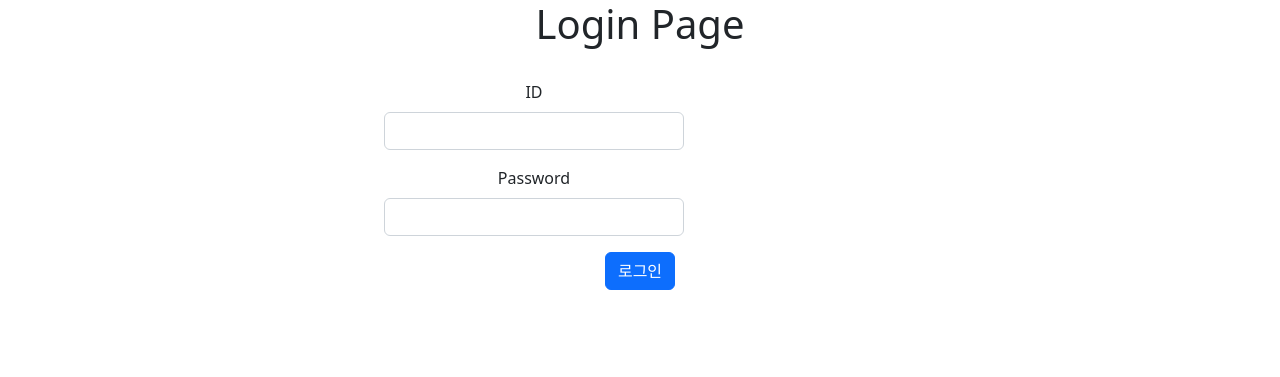
Repository: novemberjj/jsp
Page: http://localhost/jsp_project4/member/login.jsp
These files come from the project's save history. The page is drawn as it stood at one moment and after the next save; the edit follows.
The browser window is 1280 px wide. The pictures show the whole page.
The page is served by Tomcat 9. Other server files are loaded and not shown.

Above is the page before, as saved 2023-05-31 01:17:36.

### jsp_project4/jsp_project4/src/main/webapp/member/login.jsp
<%@ page language="java" contentType="text/html; charset=UTF-8"
    pageEncoding="UTF-8"%>
<!DOCTYPE html>
<html>
<head>
<meta charset="UTF-8">
<title>Login Page</title>
<link href="https://cdn.jsdelivr.net/npm/bootstrap@5.2.3/dist/css/bootstrap.min.css" rel="stylesheet" integrity="sha384-rbsA2VBKQhggwzxH7pPCaAqO46MgnOM80zW1RWuH61DGLwZJEdK2Kadq2F9CUG65" crossorigin="anonymous">
</head>
<body style="text-align: center">
<script src="https://cdn.jsdelivr.net/npm/bootstrap@5.2.3/dist/js/bootstrap.bundle.min.js" integrity="sha384-kenU1KFdBIe4zVF0s0G1M5b4hcpxyD9F7jL+jjXkk+Q2h455rYXK/7HAuoJl+0I4" crossorigin="anonymous"></script>
<h1>Login Page</h1>
<br>

<form action="/mem/login_auth" method="post" style="margin: auto 30%" >
  <div class="mb-3" style="width: 300px"  >
    <label for="exampleInputEmail1" class="form-label">ID</label>
    <input type="text" class="form-control" id="exampleInputEmail1" aria-describedby="emailHelp" name="id">
  </div>
  <div class="mb-3" style="width: 300px" >
    <label for="exampleInputPassword1" class="form-label">Password</label>
    <input type="password" class="form-control" id="exampleInputPassword1" name="password">
  </div>
  <button type="submit" class="btn btn-primary">로그인</button>
</form>

</body>
</html>

After the next save:
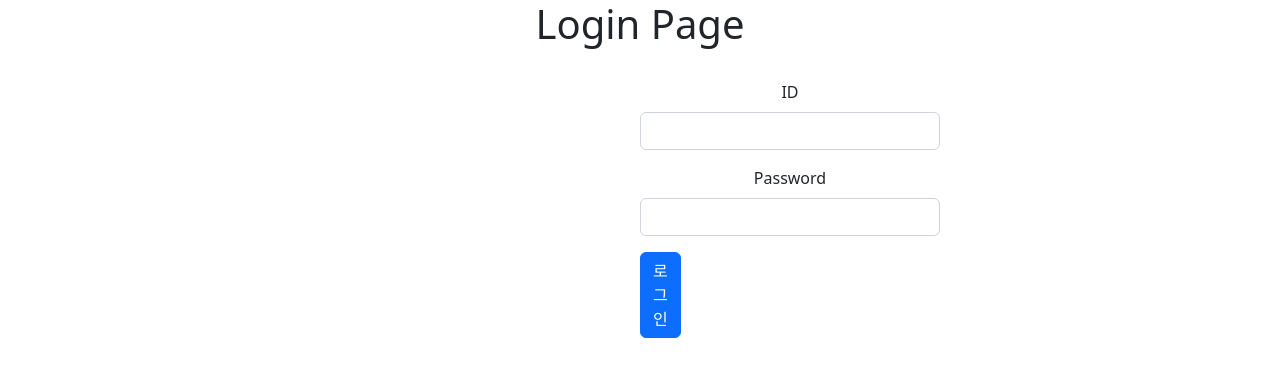
Saved 11 s later.
--- a/jsp_project4/jsp_project4/src/main/webapp/member/login.jsp
+++ b/jsp_project4/jsp_project4/src/main/webapp/member/login.jsp
@@ -12,7 +12,7 @@
 <h1>Login Page</h1>
 <br>
 
-<form action="/mem/login_auth" method="post" style="margin: auto 30%" >
+<form action="/mem/login_auth" method="post" style="margin: auto 50%" >
   <div class="mb-3" style="width: 300px"  >
     <label for="exampleInputEmail1" class="form-label">ID</label>
     <input type="text" class="form-control" id="exampleInputEmail1" aria-describedby="emailHelp" name="id">

After the save that followed:
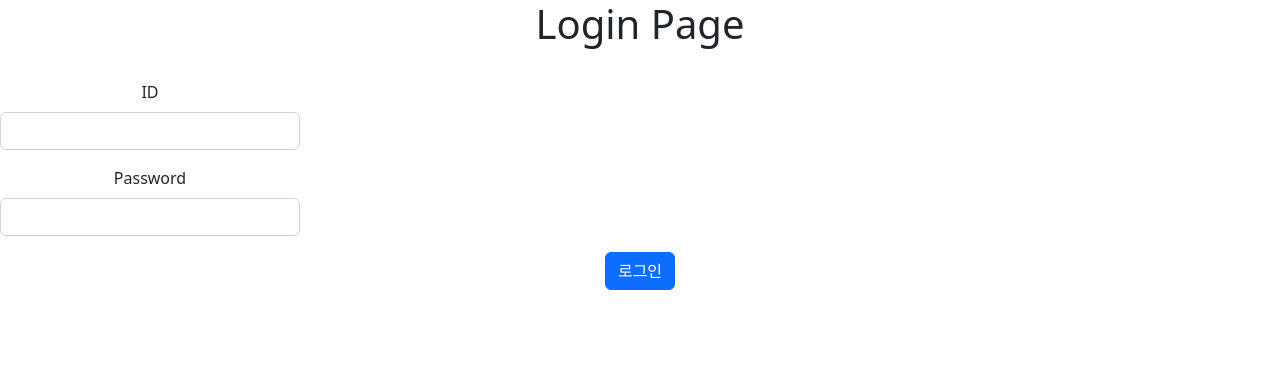
Saved 30 s later.
--- a/jsp_project4/jsp_project4/src/main/webapp/member/login.jsp
+++ b/jsp_project4/jsp_project4/src/main/webapp/member/login.jsp
@@ -11,8 +11,8 @@
 <script src="https://cdn.jsdelivr.net/npm/bootstrap@5.2.3/dist/js/bootstrap.bundle.min.js" integrity="sha384-kenU1KFdBIe4zVF0s0G1M5b4hcpxyD9F7jL+jjXkk+Q2h455rYXK/7HAuoJl+0I4" crossorigin="anonymous"></script>
 <h1>Login Page</h1>
 <br>
-
-<form action="/mem/login_auth" method="post" style="margin: auto 50%" >
+<div>
+<form action="/mem/login_auth" method="post" >
   <div class="mb-3" style="width: 300px"  >
     <label for="exampleInputEmail1" class="form-label">ID</label>
     <input type="text" class="form-control" id="exampleInputEmail1" aria-describedby="emailHelp" name="id">
@@ -23,6 +23,6 @@
   </div>
   <button type="submit" class="btn btn-primary">로그인</button>
 </form>
-
+</div>
 </body>
 </html>
